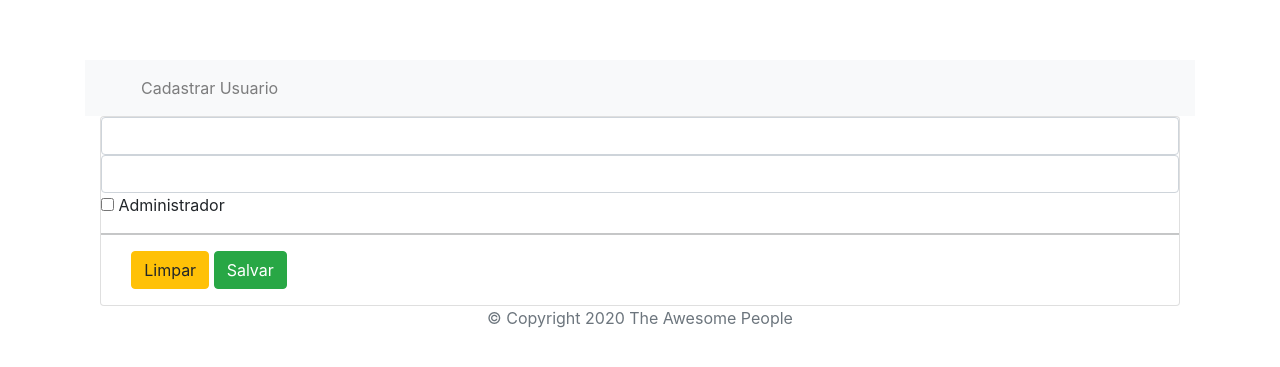
Repository: ClaytonEduard/cartaodeponto
Page: http://localhost/
An editor plug-in stored every save of this project. The page is shown before and after a run of saves, followed by the edit.
The browser window is 1280 px wide. The pictures show the whole page.
Some web libraries are served in a nearby version. The page is served by the project's Node server (app.js).

Above is the page before, as saved 2022-04-11 17:47:00.

After the next 3 saves:
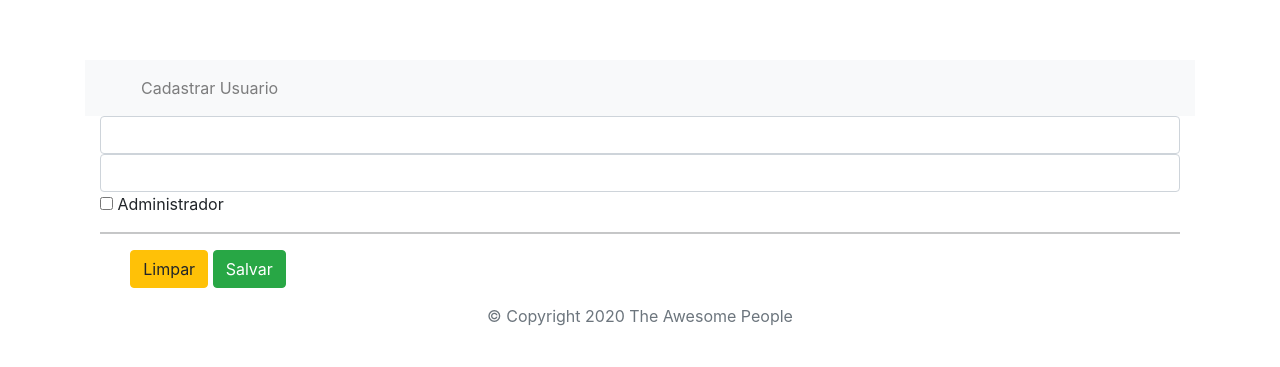
The 3 saves are shown as one change because they came seconds apart.
The last was saved 37 s later.
--- a/views/cadusuario.ejs
+++ b/views/cadusuario.ejs
@@ -16,21 +16,19 @@
         <%- include('../views/partials/header.ejs'); %>
     </header>
     <div class="container">
-        <div class="card">
-            <form action="/" method="POST">
-                <input type="number" class="form-control" id="matricula" />
-                <input type="password" class="form-control" id="senha" />
+        <form action="/" method="POST">
+            <input type="number" class="form-control" id="matricula" />
+            <input type="password" class="form-control" id="senha" />
 
-                <input type="checkbox" id="eAdmin " name="eAdmin " />
-                <label class="form-check-label" for="eAdmin ">Administrador</label>
+            <input type="checkbox" id="eAdmin " name="eAdmin " />
+            <label class="form-check-label" for="eAdmin ">Administrador</label>
 
-                <hr />
-                <div class="mb-3 button" style="margin-left: 8mm">
-                    <button class="btn btn-warning" type="reset ">Limpar</button>
-                    <button class="btn btn-success" type="submit ">Salvar</button>
-                </div>
-            </form>
-        </div>
+            <hr />
+            <div class="mb-3 button" style="margin-left: 8mm">
+                <button class="btn btn-warning" type="reset ">Limpar</button>
+                <button class="btn btn-success" type="submit ">Salvar</button>
+            </div>
+        </form>
     </div>
 
     <script src="https://cdn.jsdelivr.net/npm/@popperjs/core@2.10.2/dist/umd/popper.min.js " integrity="sha384-7+zCNj/IqJ95wo16oMtfsKbZ9ccEh31eOz1HGyDuCQ6wgnyJNSYdrPa03rtR1zdB " crossorigin="anonymous "></script>
